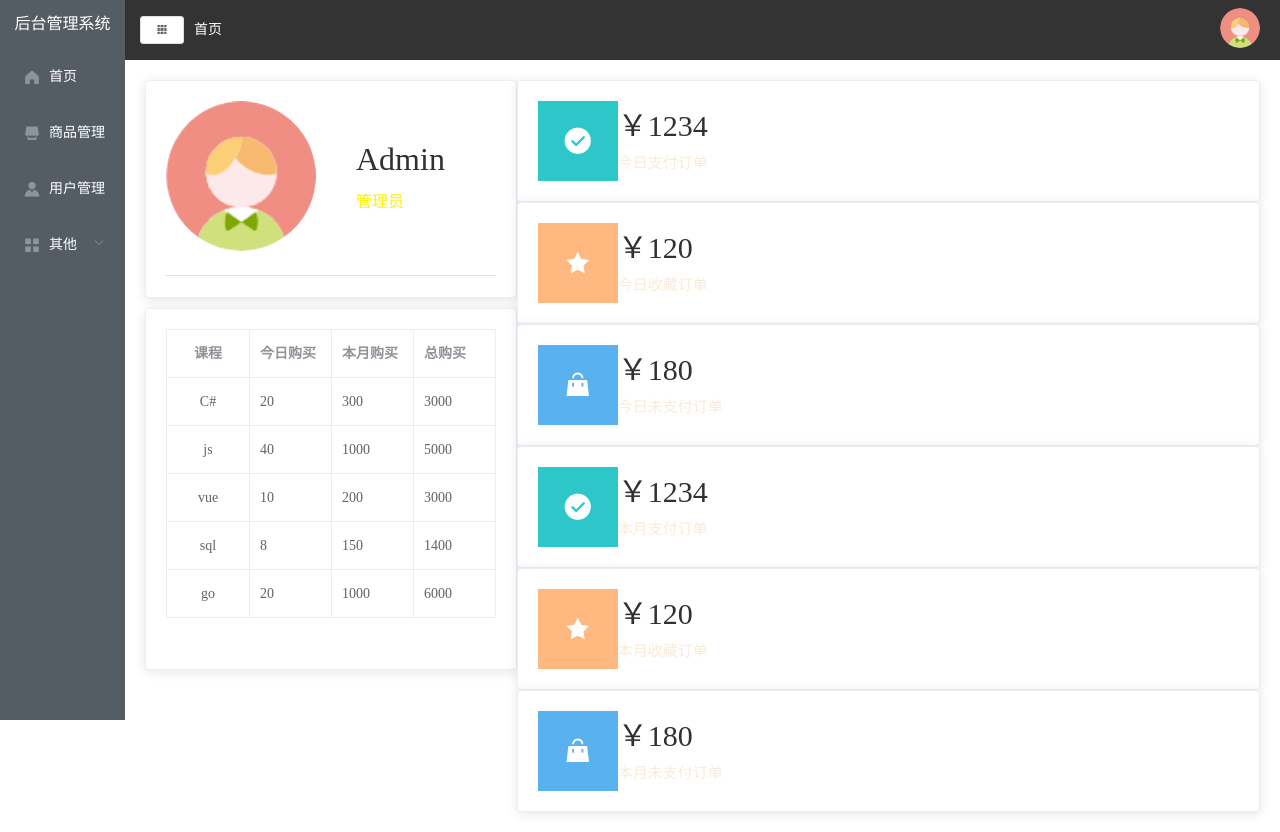
Repository: tkqi/manage
Page: /
These files come from the project's save history. The page is drawn as it stood at one moment and after the next save; the edit follows.
The browser window is 1280 px wide. The pictures show the whole page.
The project was rebuilt for these pictures with package versions that can differ from the ones it lists, and the page was loaded fresh each time. Also part of the build but not shown: vue.config.js.

Above is the page before, as saved 2023-12-06 11:33:58.

After the next save:
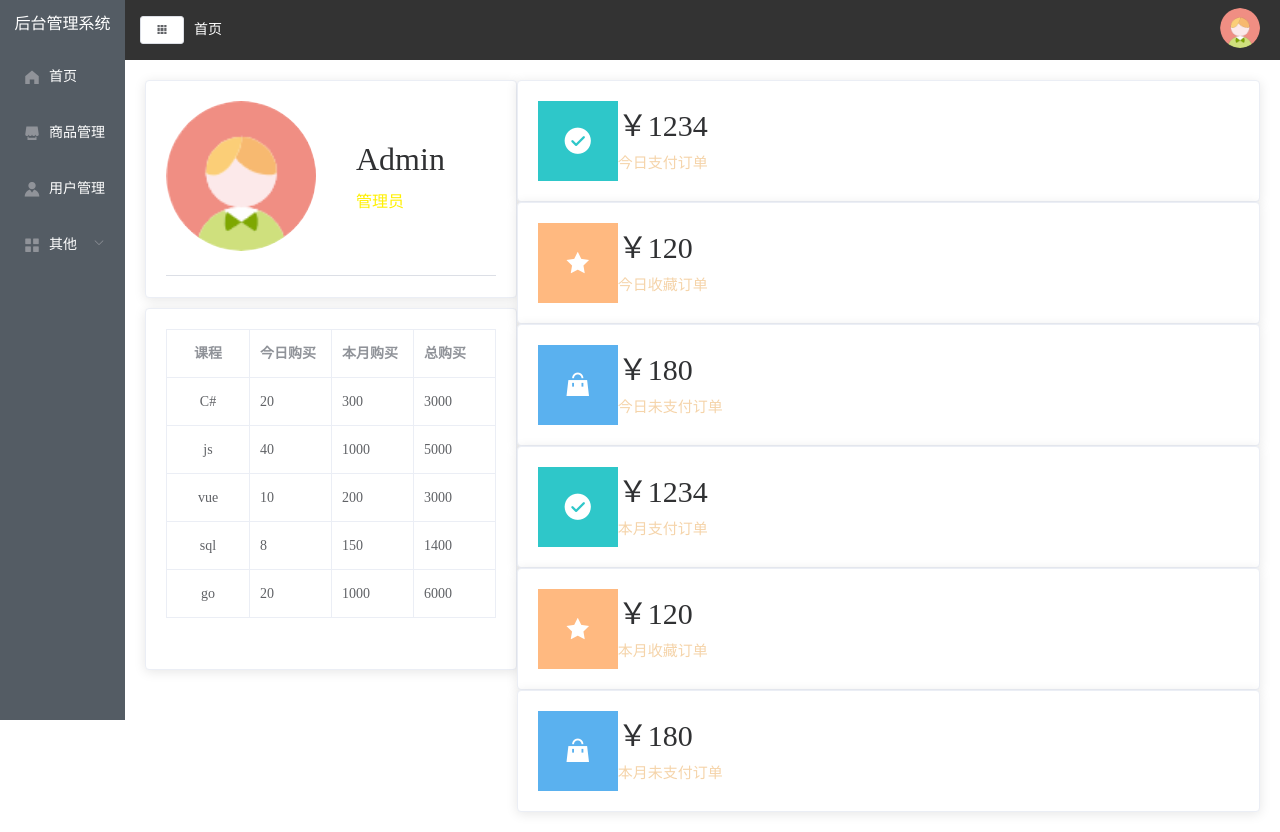
Saved 9 s later.
--- a/src/views/Home.vue
+++ b/src/views/Home.vue
@@ -199,7 +199,7 @@ export default {
         .label {
             font-size: 15px;
             text-align: center;
-            color: antiquewhite;
+            color: rgb(245, 212, 170);
         }
     }
 }
